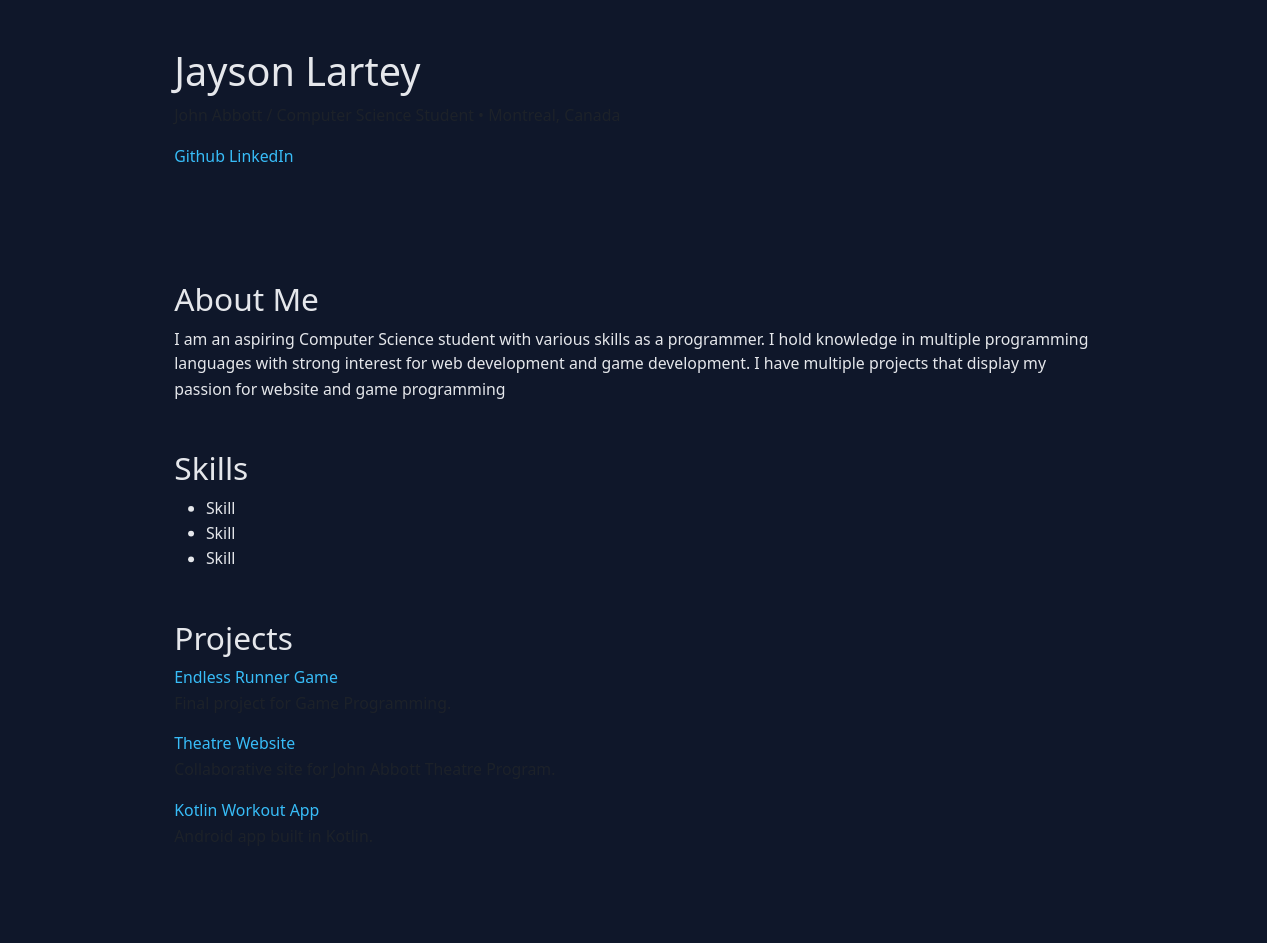
Repository: jaysonlartey/jaysonlartey.github.io
Page: index.html
These files come from the project's save history. The page is drawn as it stood at one moment and after the next save; the edit follows.
The browser window is 1280 px wide. The pictures show the whole page, at 99% of full size.

Above is the page before, as saved 2025-12-12 18:44:04.

After the next save:
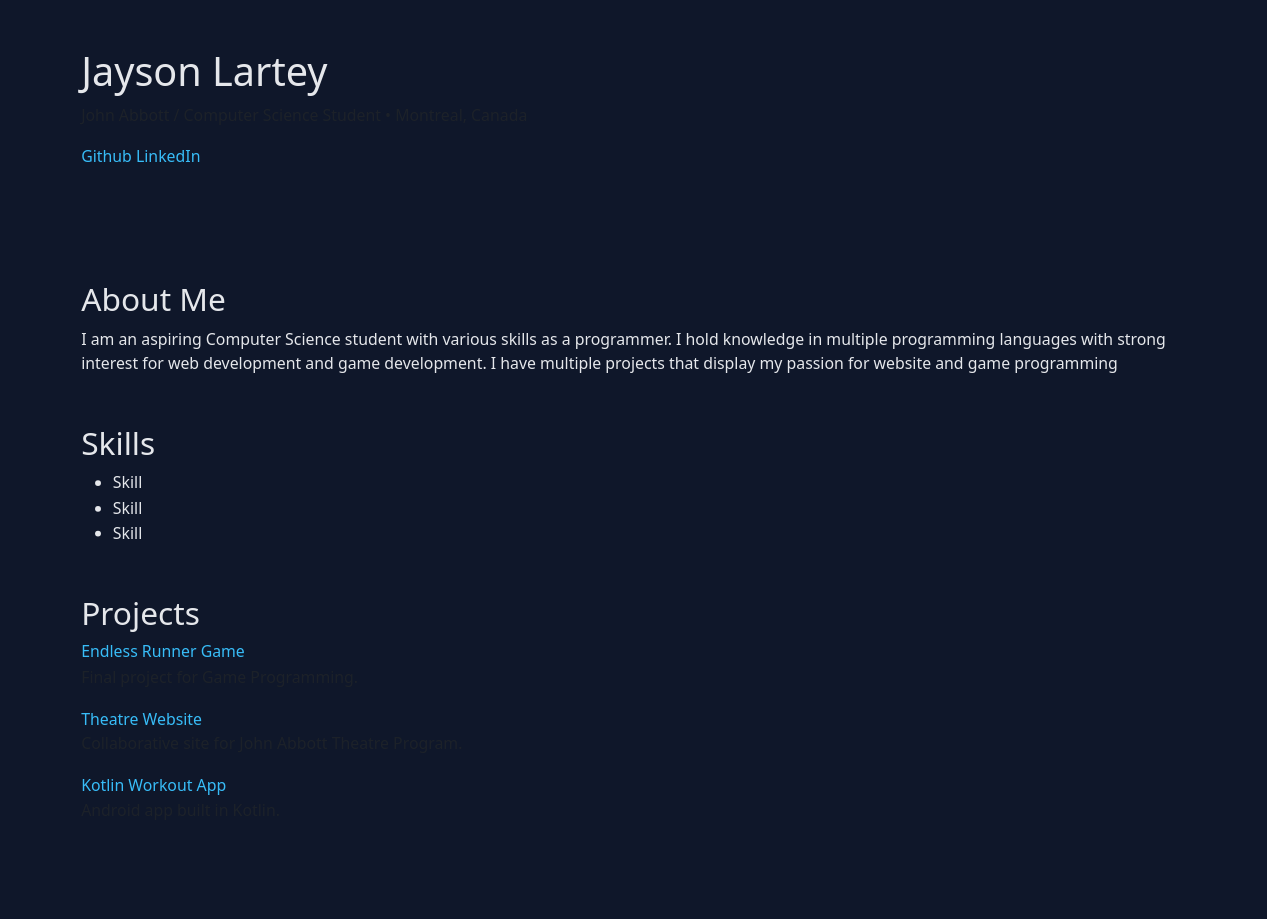
Saved 7 s later.
--- a/style.css
+++ b/style.css
@@ -15,12 +15,6 @@ body {
   line-height: 1.6;
 }
 
-.container {
-  max-width: 960px;
-  padding: 2rem 1rem;
-  margin: 0 auto;
-}
-
 section {
   margin-bottom: 3rem;
 }
